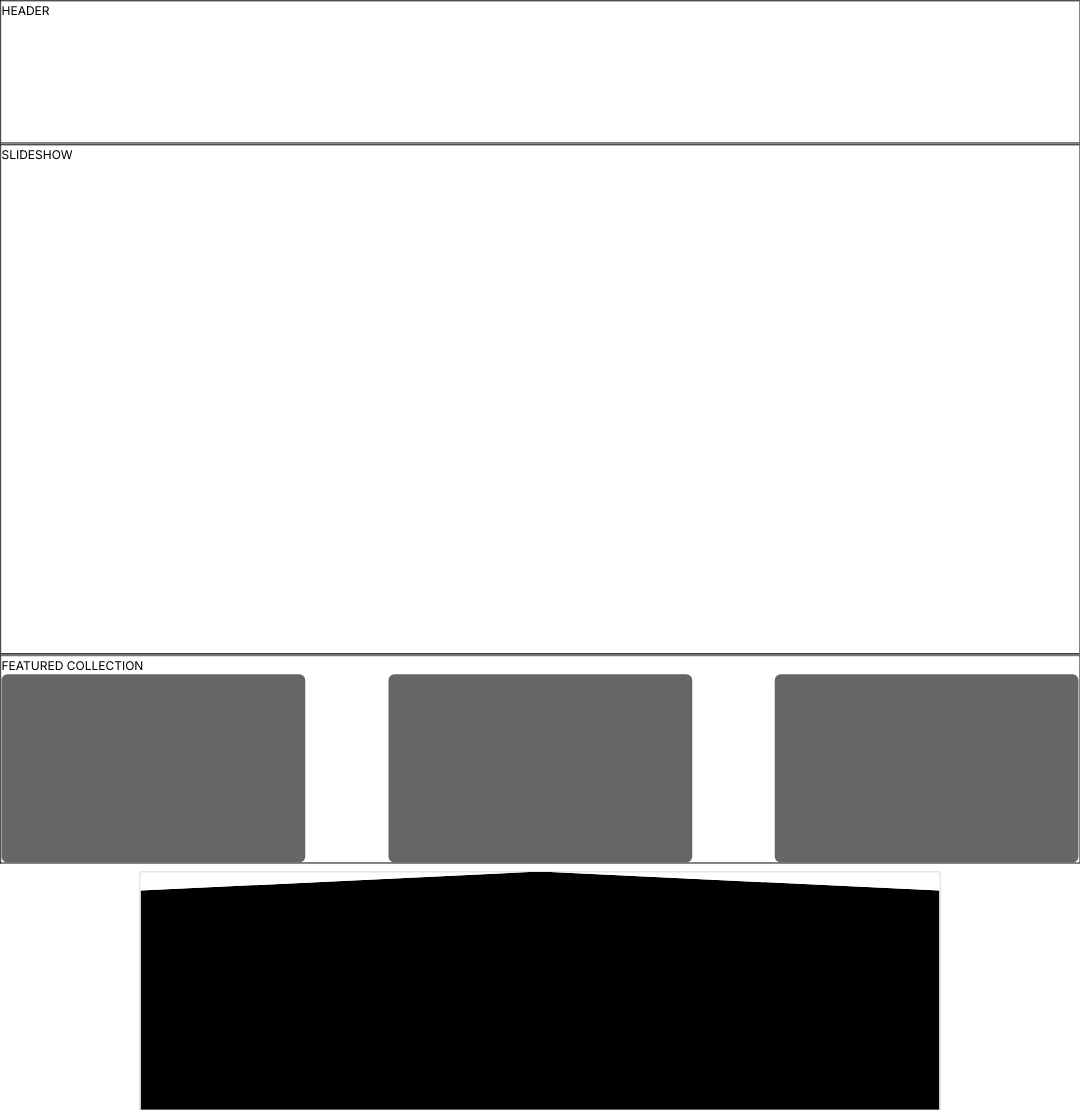
Repository: theophiloweb/landpage_disgital_store
Page: index.html
These files come from the project's save history. The page is drawn as it stood at one moment and after the next save; the edit follows.
The browser window is 1280 px wide. The page is 1440 px wide, so the pictures cover 1440 px, including what lies to the right of the window. The pictures show the whole page, at 75% of full size.

Above is the page before, as saved 2025-04-23 11:19:57.

After the next save:
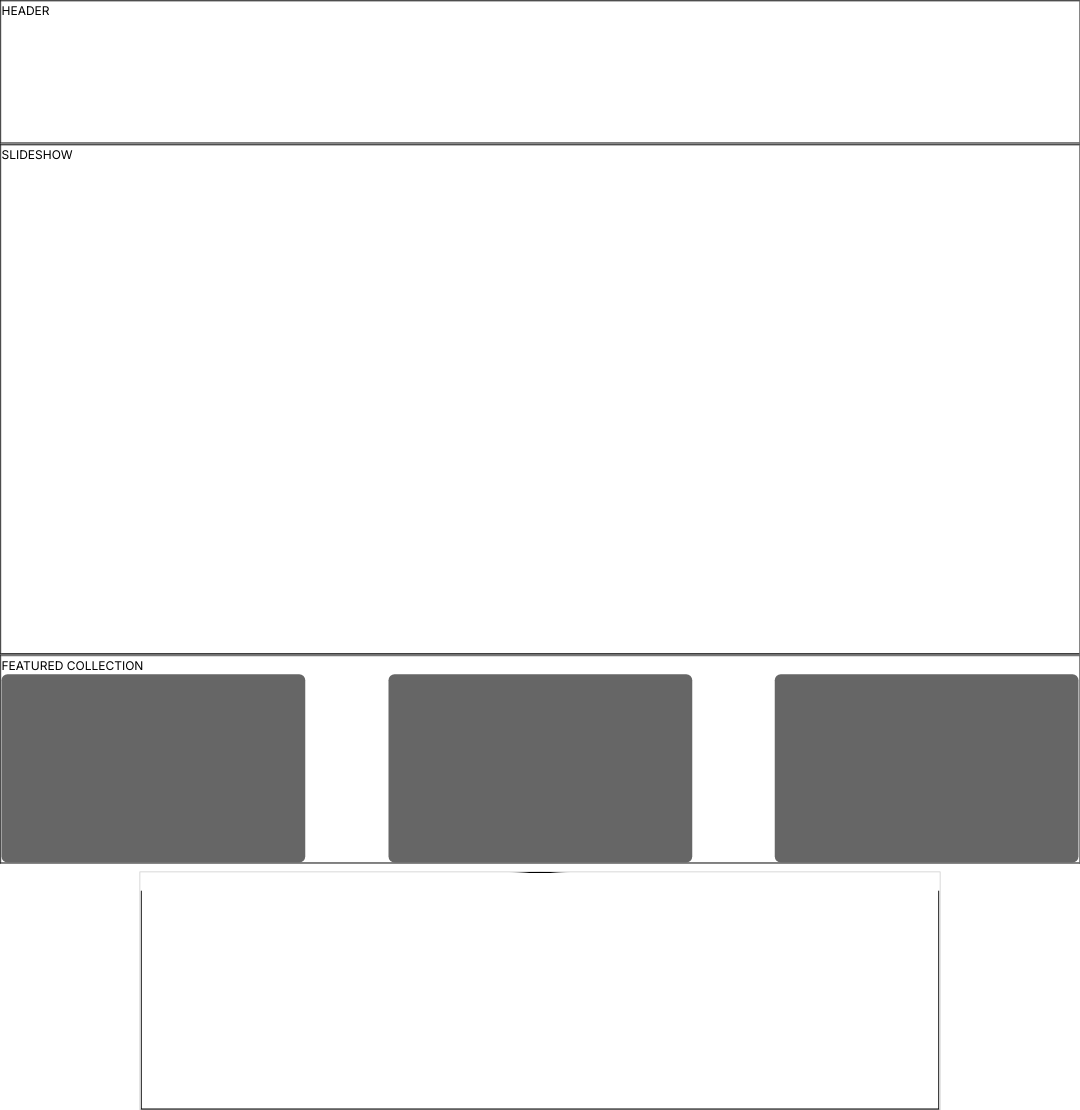
Saved 55 s later.
--- a/style.css
+++ b/style.css
@@ -139,7 +139,7 @@ header {
     left: 0;
     width: 100%;
     height: 100%;
-    background-color: black;
+    border: 2px solid black;
     /* Cor da borda */
     /* Recorta esta camada na forma do polígono */
     -webkit-clip-path: polygon(0% 8%, 50% 0%, 100% 8%, 100% 100%, 0% 100%);
